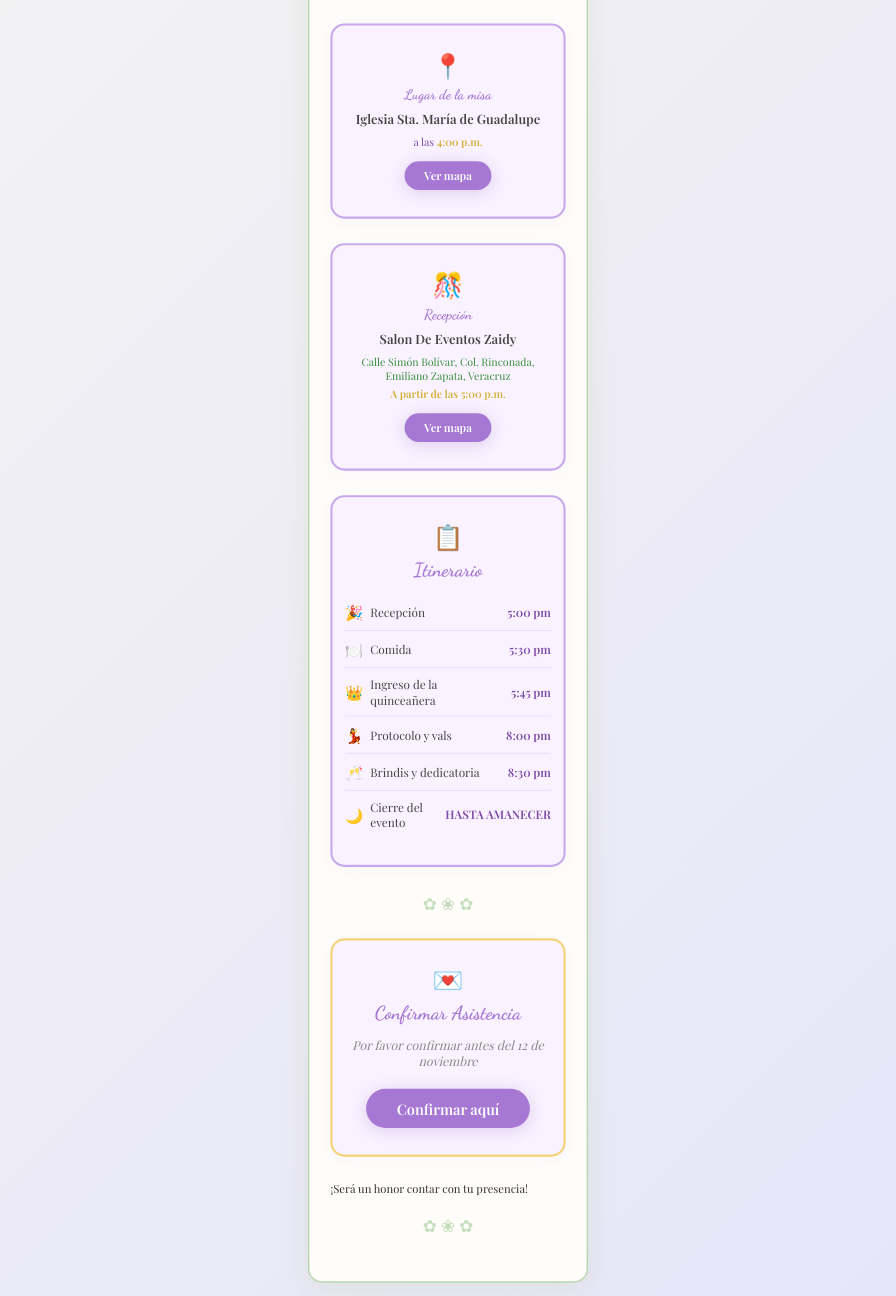
Repository: Jurgt2/InvitacionXvCamila
Page: index.html
The author's editor kept a copy of each file at every save. The page is drawn from the files as they stood at one save, then again after the next save.
The browser window is 1280 px wide. The pictures show the part of the page from y = 1299 to 3219 px (the page is 3151 px tall before and 3219 px after), at 70% of full size.
Some web fonts or font styles are not loaded; a fallback is used.

Above is the page before, as saved 2025-11-14 21:43:54.
Console error: TypeError: Cannot read properties of null (reading 'href')

After the next save:
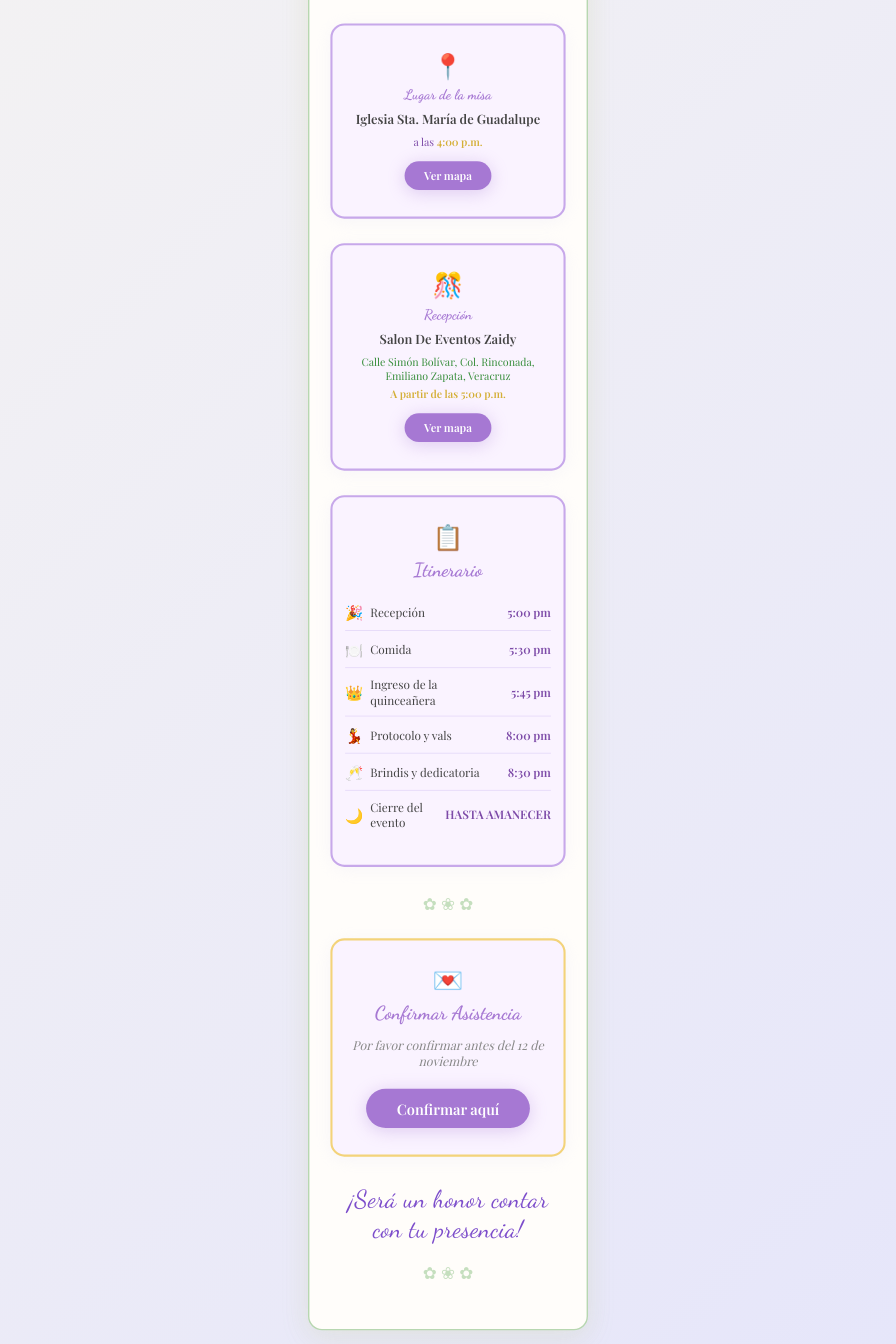
Saved 95 s later.
--- a/index.html
+++ b/index.html
@@ -164,7 +164,19 @@
 
         <!-- Footer decorativo -->
         <div class="footer">
-            <p class="footer-text">¡Será un honor contar con tu presencia!</p>
+            <div style="text-align: center; margin-top: 40px; margin-bottom: 10px;">
+                <span style="
+                    font-family: 'Dancing Script', cursive;
+                    font-size: 2.2rem;
+                    color: #7c4dcb;
+                    font-weight: 400;
+                    letter-spacing: 0.5px;
+                    display: inline-block;
+                    background: none;
+                    padding: 0;
+                    margin: 0;
+                ">¡Será un honor contar con tu presencia!</span>
+            </div>
             <div class="floral-divider">✿ ❀ ✿</div>
         </div>
 
